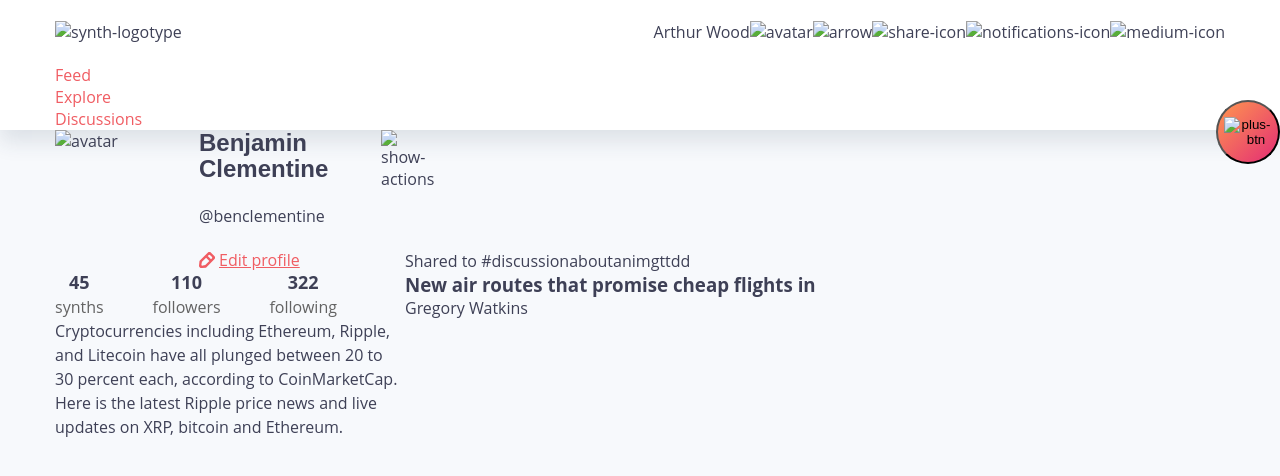
Repository: ecspetra/swivl-test-task
Page: index.html
The author's editor kept a copy of each file at every save. The page is drawn from the files as they stood at one save, then again after the next save.
The browser window is 1280 px wide. The pictures show the whole page.

Above is the page before, as saved 2021-12-09 20:49:53.

After the next save:
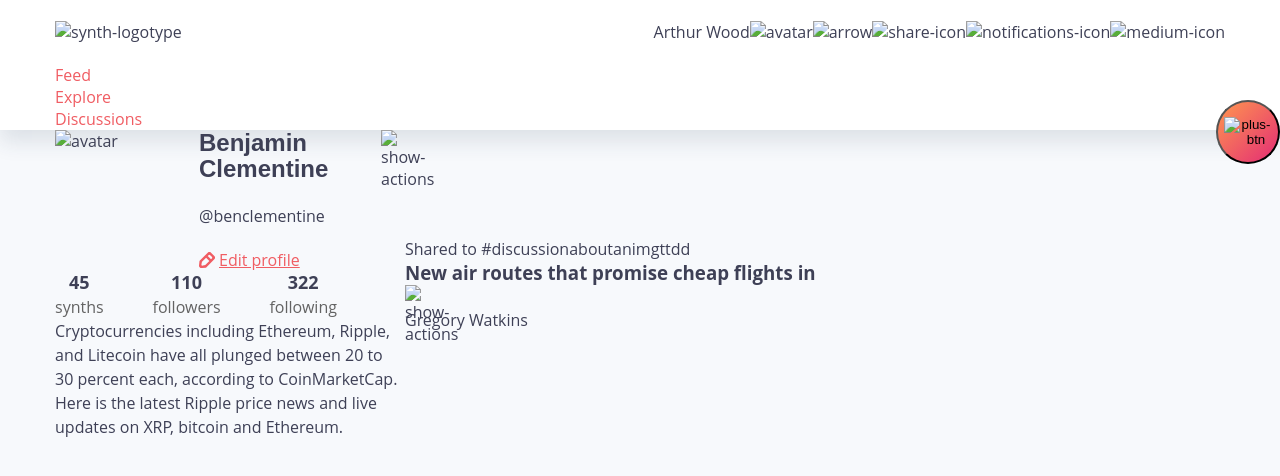
Saved 20 s later.
--- a/index.html
+++ b/index.html
@@ -86,7 +86,10 @@
                         <h1 class="profile__">New air routes that promise cheap flights in</h1>
                         <div class="profile__wrapper">
                             <div class="">
-                                <p>Gregory Watkins</p>
+                                <div class="profile__dots-wrapper">
+                                    <img class="profile__dots" src="" alt="show-actions">
+                                </div>
+                                <p class="">Gregory Watkins</p>
                             </div>
                         </div>
                     </article>
